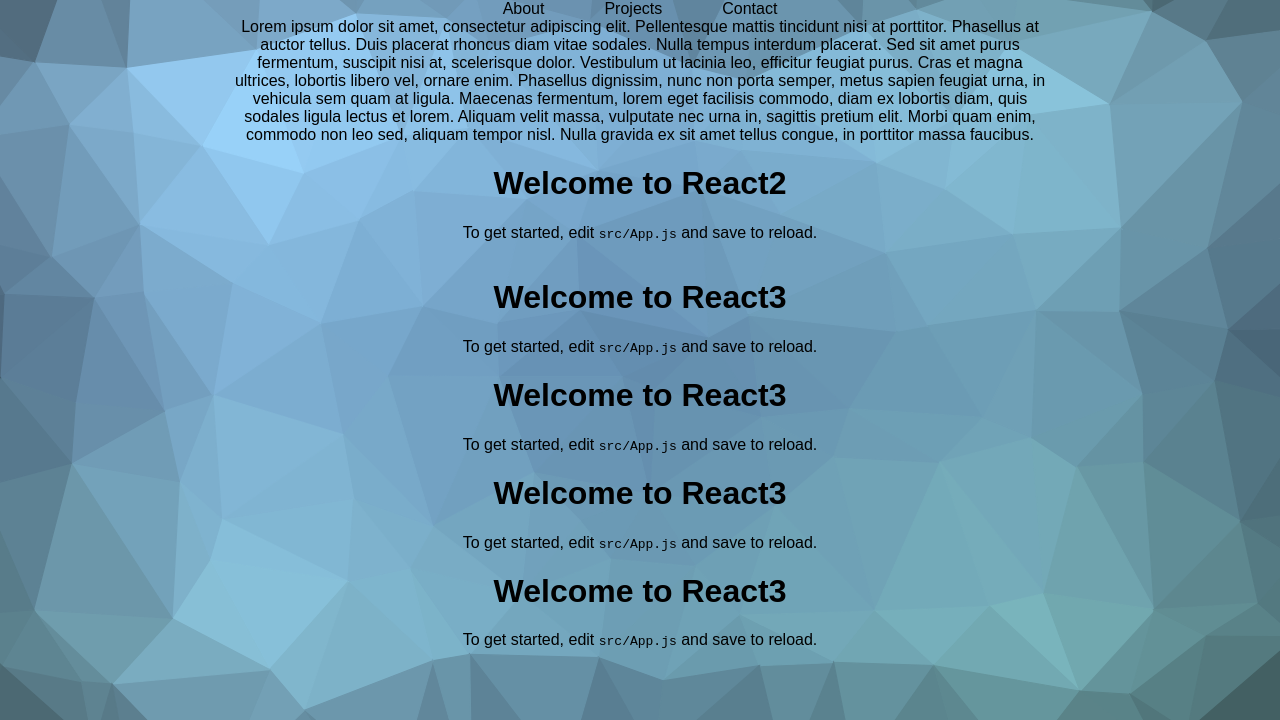
Repository: jordanCain/Education
Page: /
An editor plug-in stored every save of this project. The page is shown before and after the next save, followed by the edit.
The browser window is 1280 px wide. The pictures show the whole page.
The project was rebuilt for these pictures with package versions that can differ from the ones it lists, and the page was loaded fresh each time.

Above is the page before, as saved 2018-07-16 21:48:09.

After the next save:
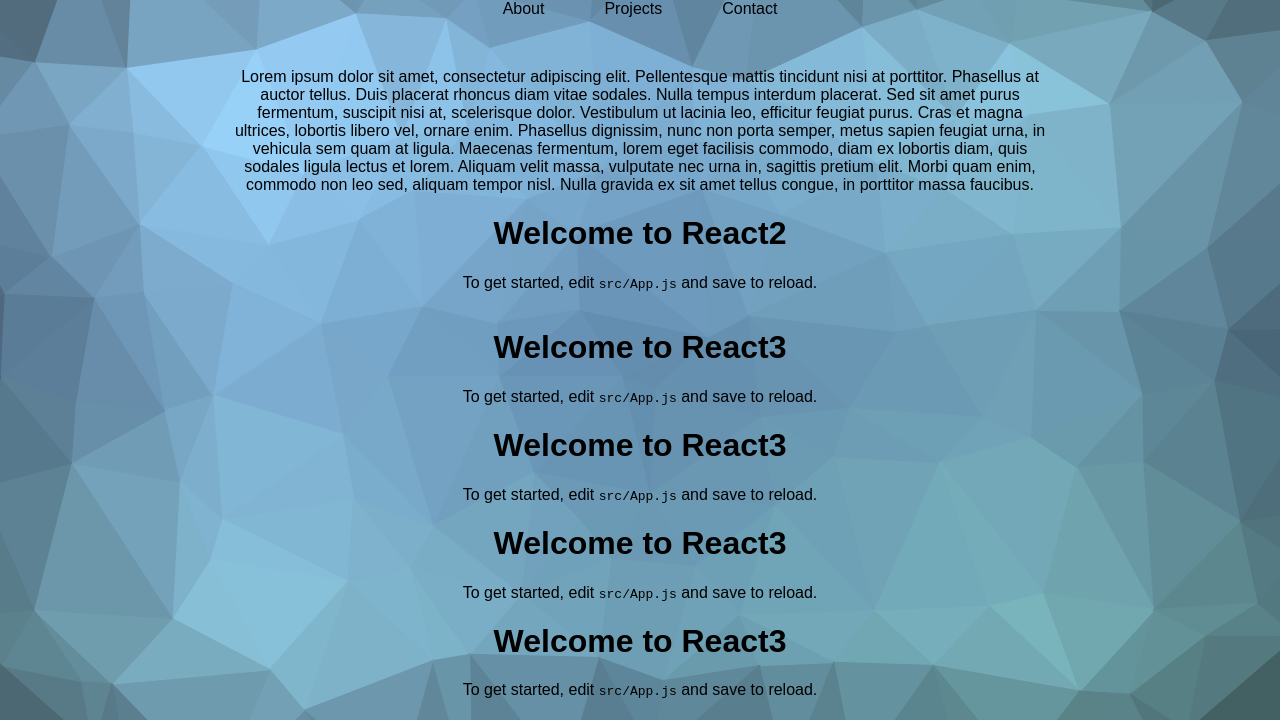
Saved 6 s later.
--- a/src/views/NavBar.js
+++ b/src/views/NavBar.js
@@ -4,7 +4,7 @@
 class NavBar extends React.Component{
     render(){
         return(
-        <div>
+        <div id="header">
             <span
                 className="menuItem"
                 onClick={() => { document.getElementById(pageIDs.about).scrollIntoView()}}>
